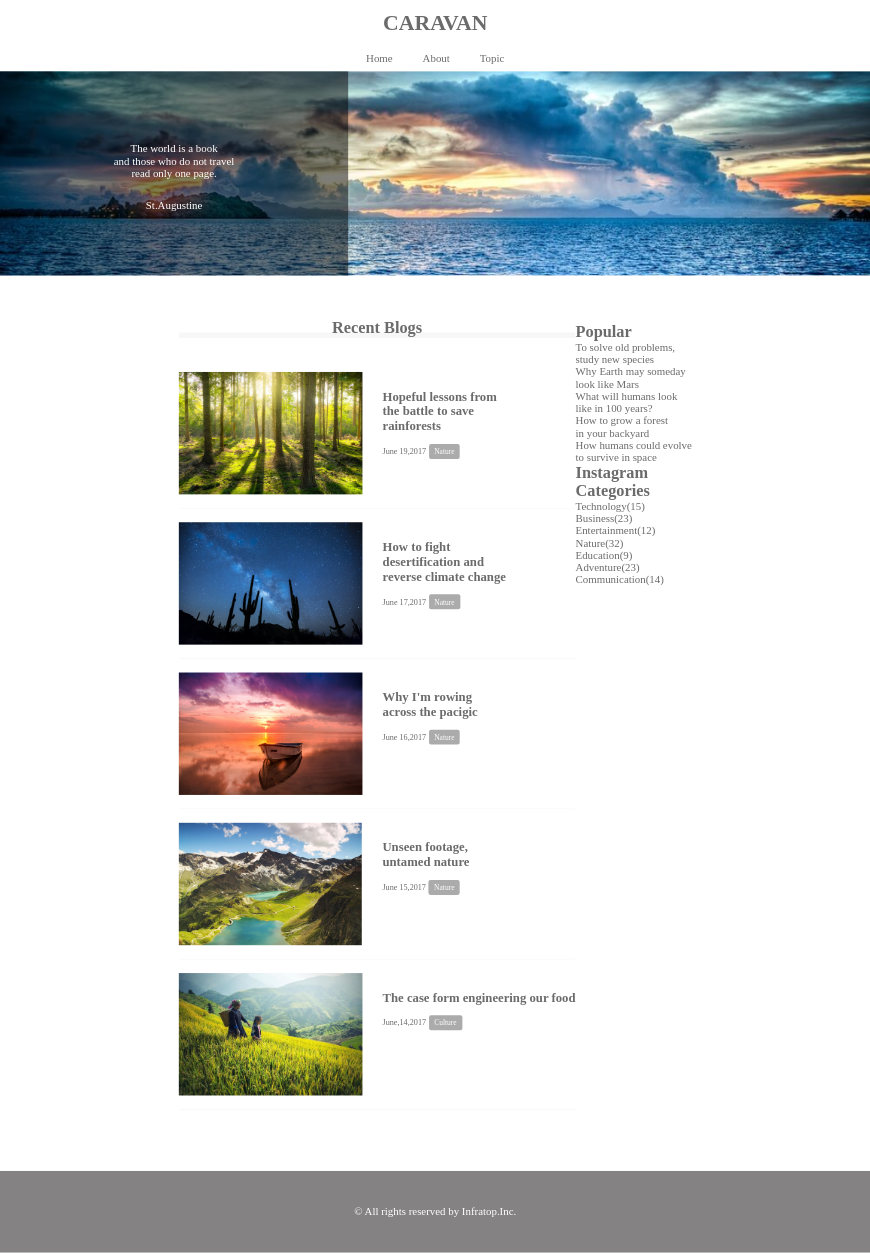
Repository: mitoma99/task4
Page: caravan/index.html
The author's editor kept a record of every edit. The page is drawn from the files as they stood at one moment, then again after the next edit.
The browser window is 1280 px wide. The pictures show the whole page, at 68% of full size.

Above is the page before.

After the next edit:
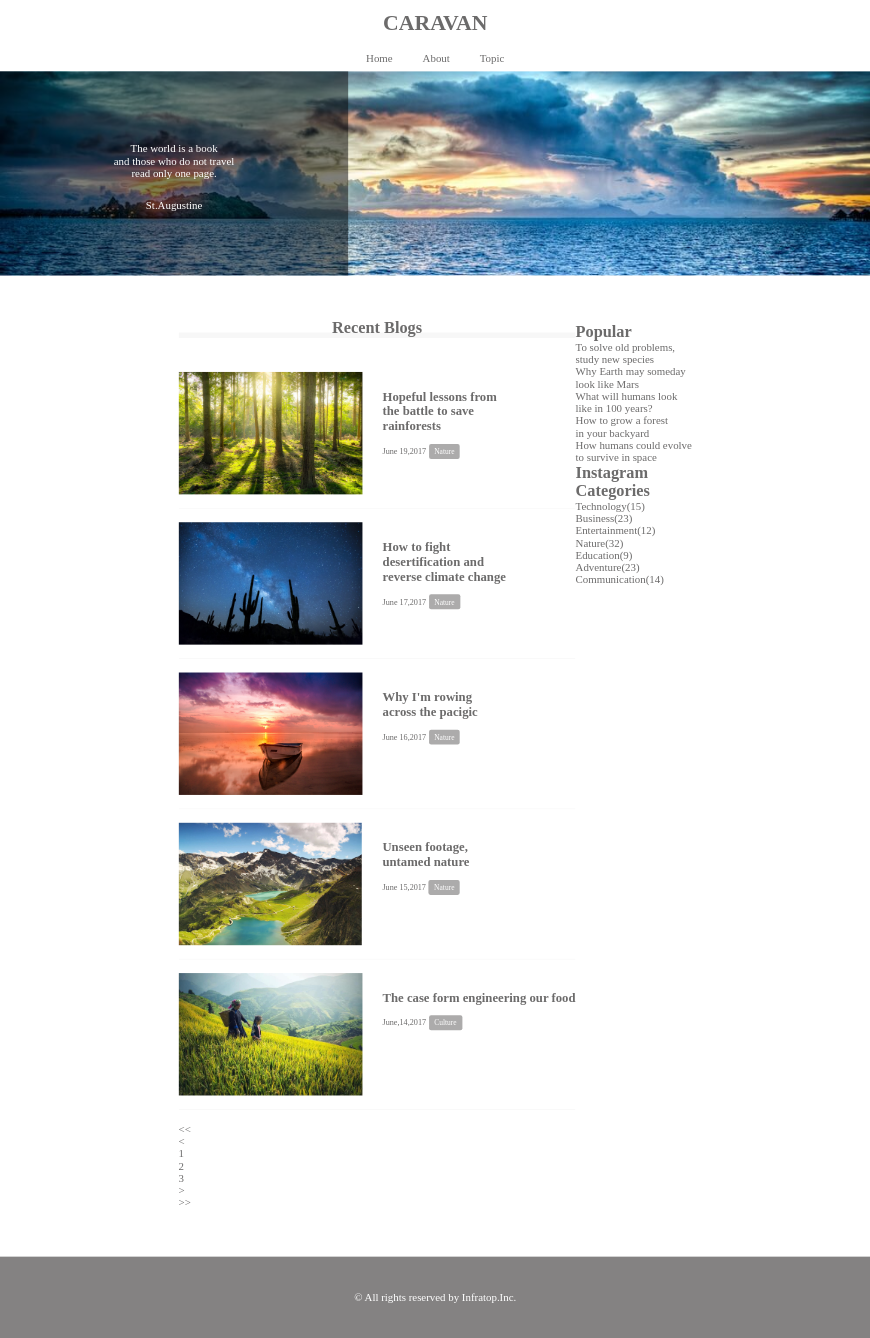
The edit:
--- a/caravan/index.html
+++ b/caravan/index.html
@@ -112,6 +112,15 @@
         </section>
         </div>
       </div>
+      <div class="pagination">
+        <p><<</p>
+        <p><</p>
+        <P>1</P>
+        <P>2</P>
+        <p>3</p>
+        <p>></p>
+        <p>>></p>
+      </div>
     </section>
 
     <div class="sidebar">
